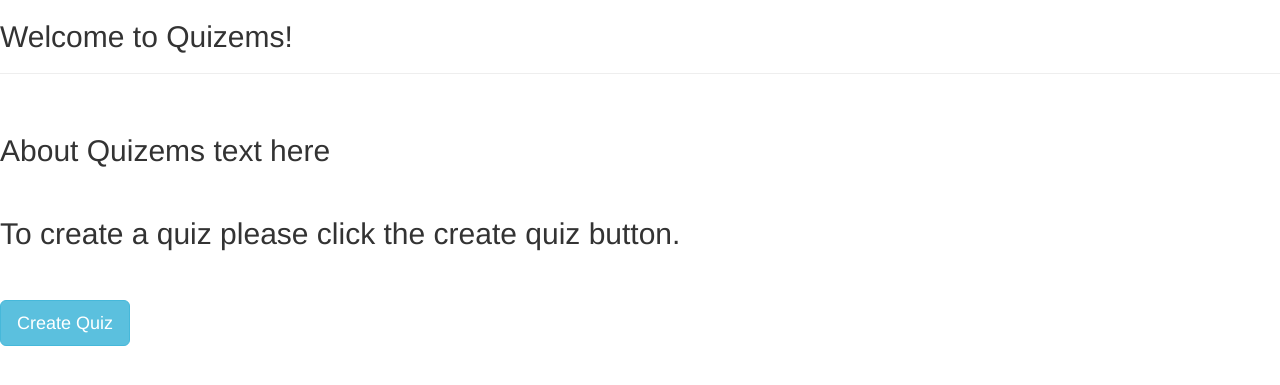
Repository: phillipdacosta/QuizemsNew
Page: /home
These files come from the project's save history. The page is drawn as it stood at one moment and after the next save; the edit follows.
The browser window is 1280 px wide. The pictures show the whole page.
Some web libraries are served in a nearby version. The project was rebuilt for these pictures with package versions that can differ from the ones it lists, and the page was loaded fresh each time. Also part of the build but not shown: angular.json, src/app/professor/professor.component.ts, src/app/data.service.ts, src/app/question.model.ts, src/app/quiz/quiz.component.ts, src/app/student/student.component.ts, src/app/questions/questions.component.ts, src/app/question-display/question-display.component.ts and 1 more.

Above is the page before, as saved 2019-06-30 16:11:35.

### src/index.html
<!doctype html>
<html>
<head>
  <meta charset="utf-8">
  <title>Angular Bootstrap Demo</title>
  <base href="/">
  <meta name="viewport" content="width=device-width, initial-scale=1">
  <link rel="icon" type="image/x-icon" href="favicon.ico">
  <link rel="stylesheet" href="https://maxcdn.bootstrapcdn.com/bootstrap/3.3.7/css/bootstrap.min.css" integrity="sha384-BVYiiSIFeK1dGmJRAkycuHAHRg32OmUcww7on3RYdg4Va+PmSTsz/K68vbdEjh4u" crossorigin="anonymous">
</head>
<body>
  <app-root>Loading...</app-root>
  <script src="https://code.jquery.com/jquery-3.1.1.min.js" integrity="sha256-hVVnYaiADRTO2PzUGmuLJr8BLUSjGIZsDYGmIJLv2b8=" crossorigin="anonymous"></script>
  <script src="https://maxcdn.bootstrapcdn.com/bootstrap/3.3.7/js/bootstrap.min.js" integrity="sha384-Tc5IQib027qvyjSMfHjOMaLkfuWVxZxUPnCJA7l2mCWNIpG9mGCD8wGNIcPD7Txa" crossorigin="anonymous"></script>
</body>
</html>

### src/app/app-routing.module.ts
import { NgModule } from '@angular/core';
import { Routes, RouterModule } from '@angular/router';
import { ProfessorComponent } from './professor/professor.component';
import { QuestionsComponent } from './questions/questions.component';
import { QuizComponent } from './quiz/quiz.component';
import { AboutComponent } from './about/about.component';

const routes: Routes = [

  {
    path: '',
    component: AboutComponent,

 } ,

  {
    path: 'home',
    component: ProfessorComponent,

 } ,


 {
  path: 'quiz',
  component: QuizComponent

}

];

@NgModule({
  imports: [RouterModule.forRoot(routes), RouterModule.forRoot(routes,{useHash:true})],
  exports: [RouterModule]
})
export class AppRoutingModule { }

### src/app/app.component.ts
import { Component } from '@angular/core';

@Component({
  selector: 'app-root',
  templateUrl: './app.component.html',
  styleUrls: ['./app.component.css']
})
export class AppComponent {
  title = 'quizems';
}

### src/app/about/about.component.ts
import { Component, OnInit } from '@angular/core';
import { Router } from '@angular/router';

@Component({
  selector: 'app-about',
  templateUrl: './about.component.html',
  styleUrls: ['./about.component.css']
})
export class AboutComponent implements OnInit {

  constructor(private router : Router) { }

  navigateToQuiz() {

    this.router.navigateByUrl('home');
  }

  ngOnInit() {
  }

}

### src/app/about/about.component.html
<h2>

     Welcome to Quizems!
  </h2>

  <hr>
  <br>
  <h2>

     About Quizems text here
   </h2>

<br>

<h2>
  To create a quiz please click the create quiz button.
</h2>
<br>

  <br>
<button type="button" class="btn btn-info btn-lg" (click) = "navigateToQuiz()">Create Quiz</button>

Loaded but not shown: src/styles.css (common file); src/main.ts (common file); src/app/app.module.ts (common file); src/environments/environment.ts (common file); src/app/app.component.html (common file); src/app/about/about.component.css (no copy from this time; the picture is the same without it); src/app/app.component.css (no stored copy; drawn as an empty file)

After the next save:
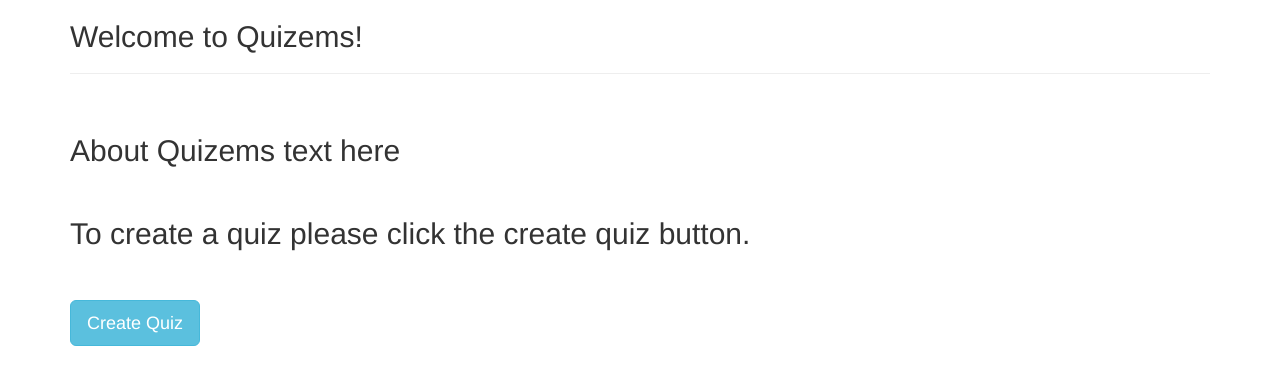
Saved 24 s later.
--- a/src/app/about/about.component.html
+++ b/src/app/about/about.component.html
@@ -1,3 +1,9 @@
+
+<div class = "container">
+
+
+
+
 <h2>
 
      Welcome to Quizems!
@@ -19,3 +25,4 @@
 
   <br>
 <button type="button" class="btn btn-info btn-lg" (click) = "navigateToQuiz()">Create Quiz</button>
+</div>
